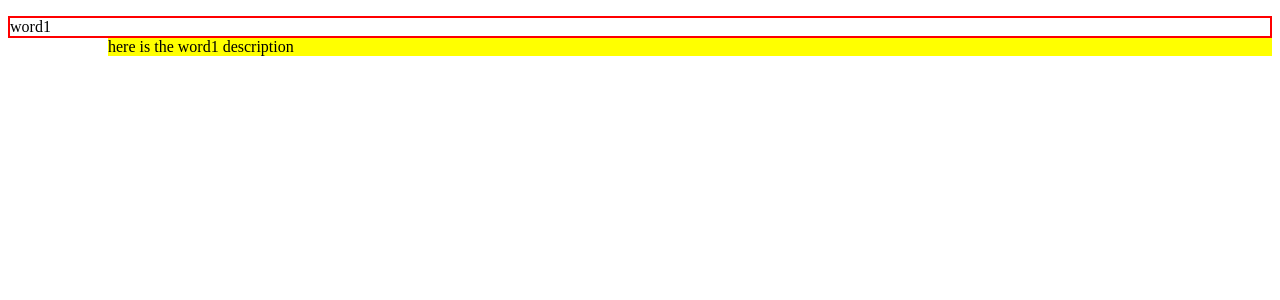
Repository: lixinso/html5
Page: workspace/CSS3/WebContent/box/box_div_table.html
These files come from the project's save history. The page is drawn as it stood at one moment and after the next save; the edit follows.
The browser window is 1280 px wide. The pictures show the whole page.

Above is the page before, as saved 2011-05-28 01:40:49.

After the next save:
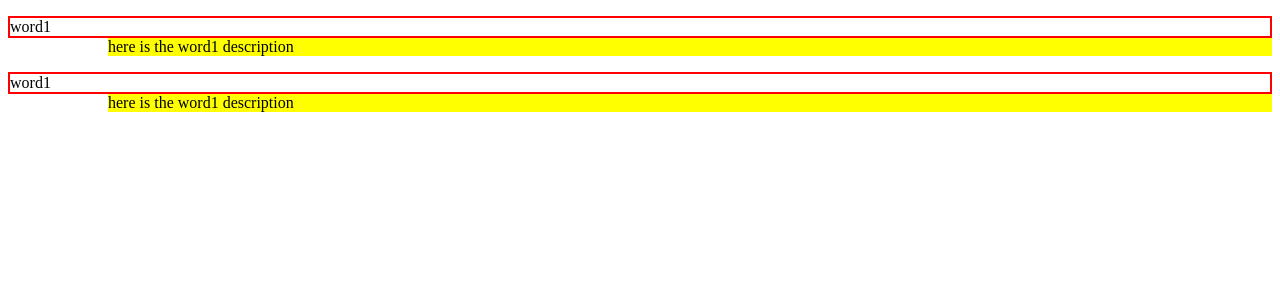
Saved 10 s later.
--- a/workspace/CSS3/WebContent/box/box_div_table.html
+++ b/workspace/CSS3/WebContent/box/box_div_table.html
@@ -30,5 +30,11 @@
 		<dd>here is the word1 description</dd>
 	</dl>
 
+
+	<dl id  ="runin">
+		<dt>word1</dt>
+		<dd>here is the word1 description</dd>
+	</dl>
+
 </body>
 </html>
